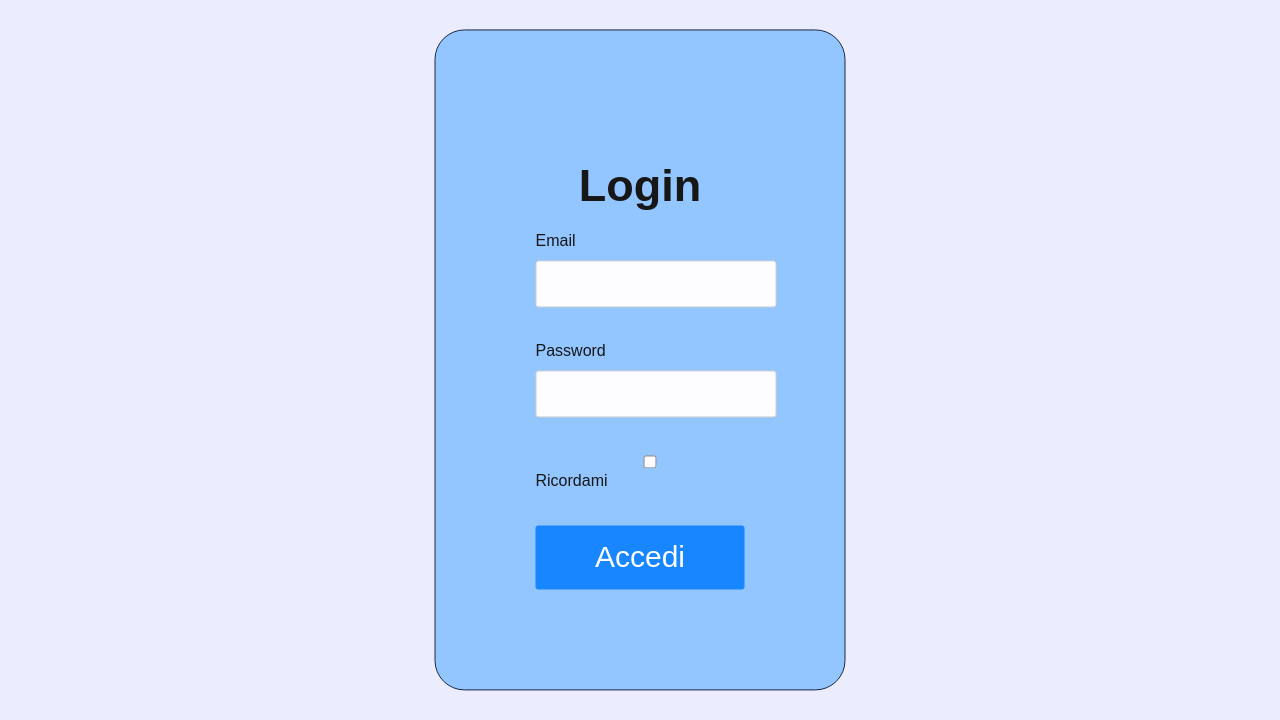
Repository: GabrielCellammare/WebApplication-SA-CyberSecurity
Page: http://localhost/WebProject-CellammareGabriel_ApplicationSecurity_/userNotLogged/login.jsp
An editor plug-in stored every save of this project. The page is shown before and after the next save, followed by the edit.
The browser window is 1280 px wide. The pictures show the whole page.
The page is served by Tomcat 9. Nobody is signed in. The application's start-up code is not run.

Above is the page before, as saved 2024-01-15 07:26:37.

After the next save:
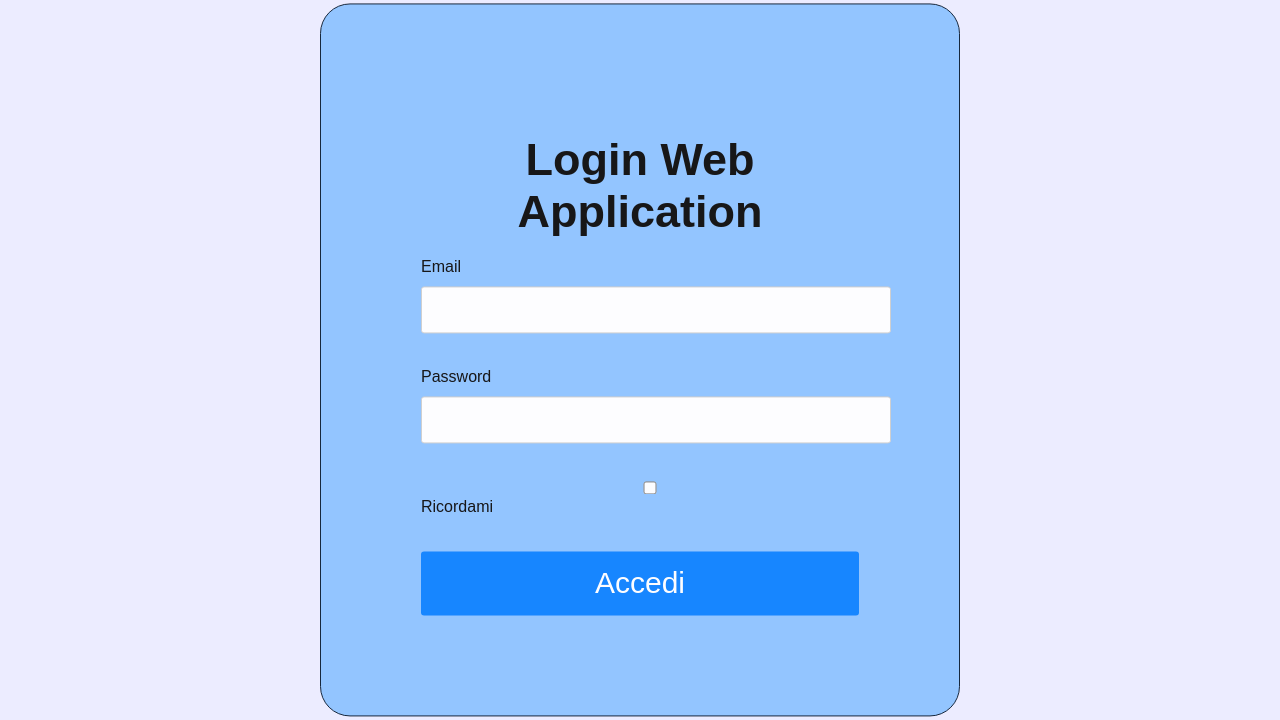
Saved 41 s later.
--- a/WebProject-CellammareGabriel(ApplicationSecurity)/WebContent/userNotLogged/login.jsp
+++ b/WebProject-CellammareGabriel(ApplicationSecurity)/WebContent/userNotLogged/login.jsp
@@ -10,7 +10,7 @@
     </head>
     <body>
         <div class="container">
-            <h1>Login</h1>
+            <h1>Login Web Application</h1>
             <form action="login.do" method="post">
                 <div class="field">
                     <label for="email">Email</label>
